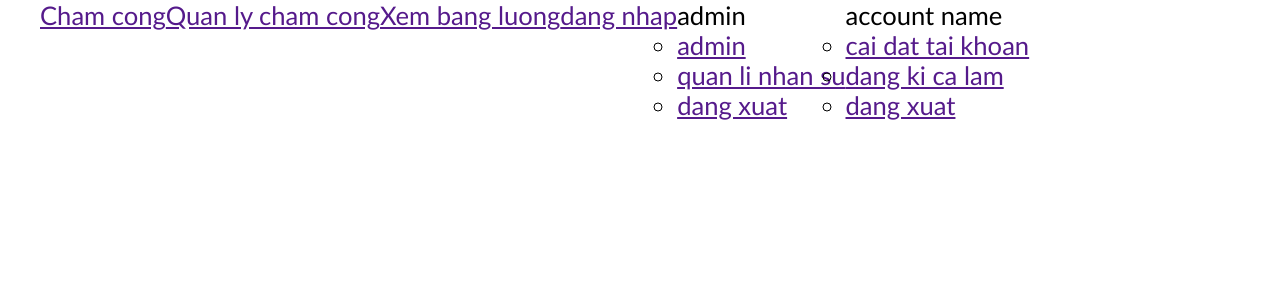
Repository: LDDUNG2003/a
Page: index.html
The author's editor kept a copy of each file at every save. The page is drawn from the files as they stood at one save, then again after the next save.
The browser window is 1280 px wide. The pictures show the whole page.

Above is the page before, as saved 2023-10-13 23:22:51.

### index.html
<!DOCTYPE html>
<html lang="en">

<head>
    <meta charset="UTF-8">
    <meta name="viewport" content="width=device-width, initial-scale=1.0">
    <title>trang chu</title>
    <link rel="stylesheet" href="./controlView/css/base.css">
    <link rel="stylesheet" href="./controlView/css/index.css">
</head>

<body>
    <div class="main">
        <!-- start header -->
        <header class="app__header">
            <nav class="navBar">
                <ul class="navBar-list">
                    <li class="navBar--items"><a href="" class="navbar--link">Cham cong</a></li>
                    <li class="navBar--items"><a href="" class="navbar--link">Quan ly cham cong</a></li>
                    <li class="navBar--items">
                        <a href="" class="navbar--link">Xem bang luong</a></li>
                    <!-- login  -->
                    <li class="navBar--items">
                        <a href="" class="navbar--link">dang nhap</a></li>
                    <!-- admin menu -->
                    <li class="navBar--items">
                        admin
                        <ul class="account-list">
                            <li class="account--item"><a href="" class="account--link">admin</a></li>
                            <li class="account--item"><a href="" class="account--link">quan li nhan su</a></li>
                            <li class="account--item"><a href="" class="account--link">dang xuat</a></li>
                        </ul>
                    </li>
                    <!-- personnel menu -->
                    <li>
                        account name
                        <ul class="acount-list">
                            <li class="account--item"><a href="" class="account--link">cai dat tai khoan</a></li>
                            <li class="account--item"><a href="" class="account--link">dang ki ca lam</a></li>
                            <li class="account--item"><a href="" class="account--link">dang xuat</a></li>
                        </ul>
                    </li>
                </ul>
            </nav>
        </header>
        <!-- end header -->

        <!-- start content -->
        <div class="app__content">

        </div>
        <!-- end content -->
    </div>
</body>

</html>

### controlView/css/base.css
:root {
    --primary-color: #0066cc;
    --text-color: #414141;
}

* {
    padding: 0px;
    margin: 0px;
    /* font-size: 0.62rem; */
    font-family: 'Trebuchet MS', 'Lucida Sans Unicode', 'Lucida Grande', 'Lucida Sans', Arial, sans-serif;
}

.main {
    width: 100%;
    margin: auto;
}

.header {
    width: 100%;
    background-color: var(--primary-color);
}

.navBar {
    width: 100%;
    max-width: 1200px;
    margin: auto;
    display: flex;
    justify-content: space-between;
}

.navBar-list {
    display: flex;
    list-style: none;
    font-size: 1.6rem;
}

.navBar-list--item {}

.navBar-list--link:hover {
    background-color: #fff;
    color: black;
}

.navBar-list--link {
    color: #fff;
    font-size: 1.8rem;
    font-weight: 500;
    text-decoration: none;
    text-transform: capitalize;
    padding: 5px 10px;
    display: block;
}

.content {
    width: 100%;
    max-width: 1200px;
    margin: auto;
    padding-top: 20px;
}

Loaded but not shown: controlView/css/index.css (no stored copy; drawn as an empty file)

After the next save:
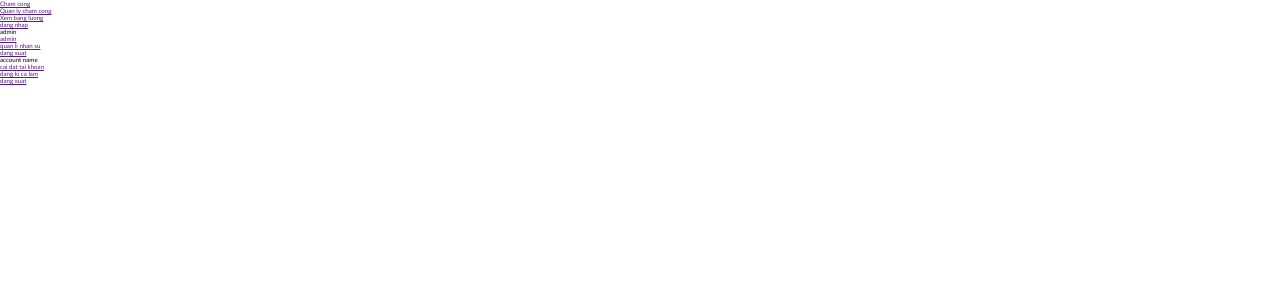
Saved 5 min 32 s later.
--- a/controlView/css/base.css
+++ b/controlView/css/base.css
@@ -6,54 +6,26 @@
 * {
     padding: 0px;
     margin: 0px;
-    /* font-size: 0.62rem; */
+    font-size: 0.62rem;
     font-family: 'Trebuchet MS', 'Lucida Sans Unicode', 'Lucida Grande', 'Lucida Sans', Arial, sans-serif;
 }
 
-.main {
-    width: 100%;
-    margin: auto;
-}
+.main {}
 
-.header {
-    width: 100%;
-    background-color: var(--primary-color);
-}
-
-.navBar {
-    width: 100%;
-    max-width: 1200px;
-    margin: auto;
-    display: flex;
-    justify-content: space-between;
-}
-
-.navBar-list {
-    display: flex;
-    list-style: none;
+.app__header {
     font-size: 1.6rem;
 }
 
-.navBar-list--item {}
+.navBar {}
 
-.navBar-list--link:hover {
-    background-color: #fff;
-    color: black;
-}
+.navBar-list {}
 
-.navBar-list--link {
-    color: #fff;
-    font-size: 1.8rem;
-    font-weight: 500;
-    text-decoration: none;
-    text-transform: capitalize;
-    padding: 5px 10px;
-    display: block;
-}
+.navBar--items {}
 
-.content {
-    width: 100%;
-    max-width: 1200px;
-    margin: auto;
-    padding-top: 20px;
-}
+.navbar--link {}
+
+.account-list {}
+
+.account--item {}
+
+.account--link {}
